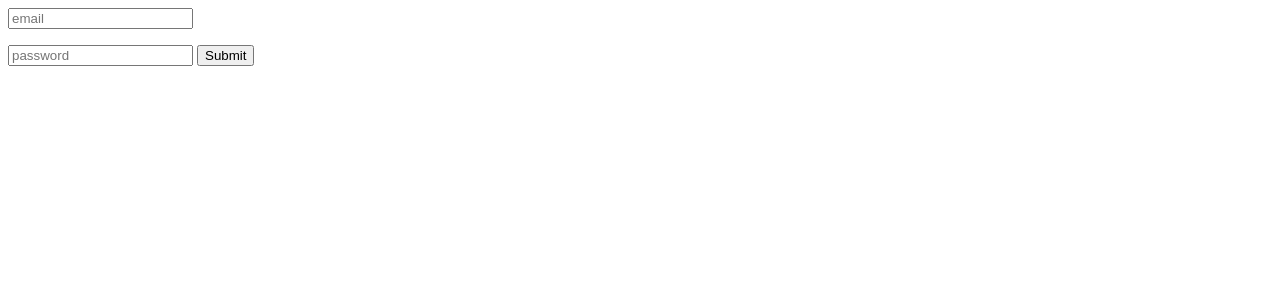
Repository: myoder020/Projects
Page: http://localhost/MVCForm/Controller?action=login
The author's editor kept a copy of each file at every save. The page is drawn from the files as they stood at one save, then again after the next save.
The browser window is 1280 px wide. The pictures show the whole page.
The page is served by Tomcat 9. Other server files are loaded and not shown.

Above is the page before, as saved 2015-05-06 05:03:35.

### Servlets/MVCForm/WebContent/login.jsp
<%@ page language="java" contentType="text/html; charset=ISO-8859-1"
    pageEncoding="ISO-8859-1"%>
<!DOCTYPE html PUBLIC "-//W3C//DTD HTML 4.01 Transitional//EN" "http://www.w3.org/TR/html4/loose.dtd">
<html>
<head>
<meta http-equiv="Content-Type" content="text/html; charset=ISO-8859-1">
<title>Insert title here</title>
</head>
<body>
	<form action="/MVCForm/Controller" method="post">

	<input type="hidden" name="action" value="dologin">
	<input type="text" name="email" value="" placeholder="email"/>
	<p/>
	<input type="text" name="password" value="" placeholder="password"/>
	<input type="submit" value="Submit">


	</form>
</body>
</html>

### Servlets/MVCForm/src/controller/Controller.java
package controller;

import java.io.IOException;
import java.io.PrintWriter;

import javax.servlet.ServletException;
import javax.servlet.http.HttpServlet;
import javax.servlet.http.HttpServletRequest;
import javax.servlet.http.HttpServletResponse;

import beans.User;

/**
 * Servlet implementation class Controller
 */
public class Controller extends HttpServlet {
	private static final long serialVersionUID = 1L;

	/**
	 * @see HttpServlet#HttpServlet()
	 */
	public Controller() {
		super();
		// TODO Auto-generated constructor stub
	}

	/**
	 * @see HttpServlet#doGet(HttpServletRequest request, HttpServletResponse
	 *      response)
	 */
	protected void doGet(HttpServletRequest request,
			HttpServletResponse response) throws ServletException, IOException {
		// TODO Auto-generated method stub
		String action = request.getParameter("action");

		if (action == null) {
			request.getRequestDispatcher("/index.jsp").forward(request,
					response);
		} else if (action.equals("login")) {
			request.getRequestDispatcher("/login.jsp").forward(request,
					response);
		}
	}

	/**
	 * @see HttpServlet#doPost(HttpServletRequest request, HttpServletResponse
	 *      response)
	 */
	protected void doPost(HttpServletRequest request,
			HttpServletResponse response) throws ServletException, IOException {
		// TODO Auto-generated method stub
		String action = request.getParameter("action");

		if (action == null) {
			request.getRequestDispatcher("/index.jsp").forward(request,
					response);
		} else if (action.equals("dologin")) {
			String email = request.getParameter("email");
			String password = request.getParameter("password");

			request.setAttribute("email", email);
			request.setAttribute("password", password);

			User user = new User(email, password);
			if(user.validate()) {
				request.getRequestDispatcher("/loginsuccess.jsp").forward(request, response);
			} else {
				request.getRequestDispatcher("/login.jsp").forward(request, response);
			}

		}
	}

}

After the next save:
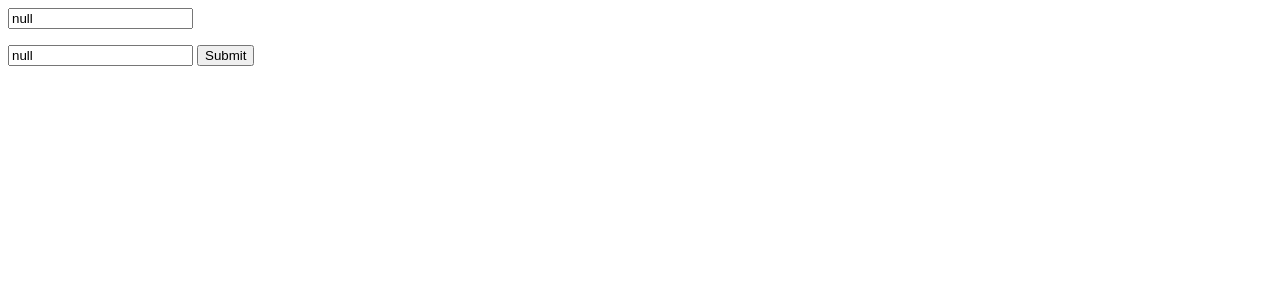
Saved 58 s later.
--- a/Servlets/MVCForm/WebContent/login.jsp
+++ b/Servlets/MVCForm/WebContent/login.jsp
@@ -10,9 +10,9 @@
 	<form action="/MVCForm/Controller" method="post">
 
 	<input type="hidden" name="action" value="dologin">
-	<input type="text" name="email" value="" placeholder="email"/>
+	<input type="text" name="email" value="<%= request.getAttribute("email") %>" placeholder="email"/>
 	<p/>
-	<input type="text" name="password" value="" placeholder="password"/>
+	<input type="text" name="password" value="<%= request.getAttribute("password") %>" placeholder="password"/>
 	<input type="submit" value="Submit">
 
 
